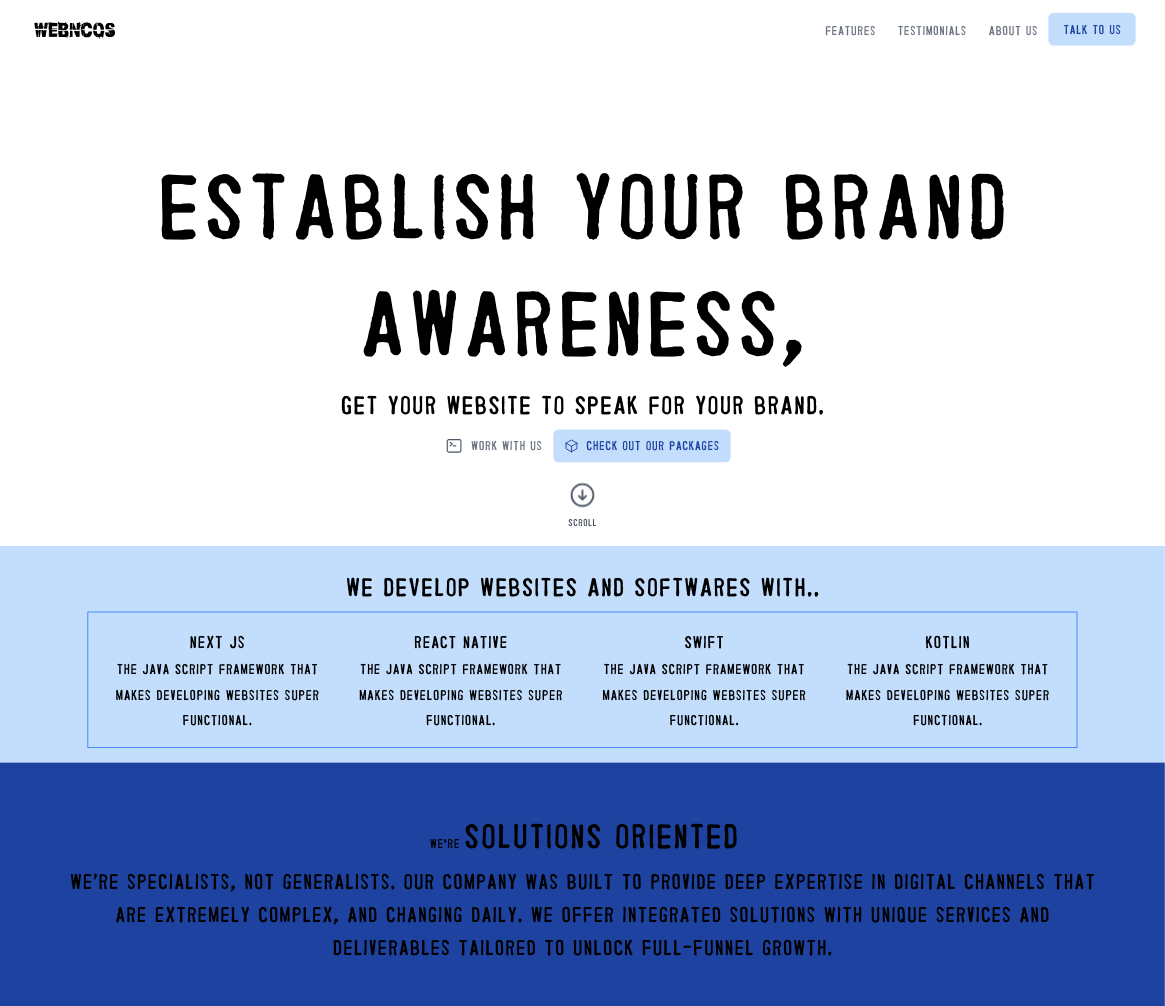
Repository: 1realjulius/webncos
Page: /
These files come from the project's save history. The page is drawn as it stood at one moment and after the next save; the edit follows.
The browser window is 1280 px wide. The pictures show the whole page, at 91% of full size.
The project was rebuilt for these pictures with package versions that can differ from the ones it lists, and the page was loaded fresh each time. The framework's server and built-in components were replaced by stand-ins that run in the browser. Also part of the build but not shown: next.config.js.

Above is the page before, as saved 2022-09-02 12:01:22.

### pages/index.tsx
import type { NextPage } from "next";
import Head from "next/head";
import ComingSoon from "../components/ComingSoon";
import MainHome from "../components/MainHome";
import NavigationBar from "../components/NavigationBar";

const Home: NextPage = () => {
  return (
    <div className="flex min-h-screen flex-col font-parcel">
      <Head>
        <title>Webncos</title>
        <meta
          name="description"
          content="Website and Software Development Agency."
        />
        <meta property="og:type" content="website" />
        <meta property="og:url" content="https://www.webncos.com/" />
        <meta
          property="og:title"
          content="Webncos — Website and Software Development Agency."
        />
        <meta
          property="og:description"
          content="Website and Software Development Agency."
        />
        {/* <meta property="og:image" content="/Assets/newmemoji.svg"/> */}
        {/* <meta property="twitter:card" content="/Assets/Julius_Eghan.jpg"/> */}
        <meta property="twitter:url" content="https://www.webncos.com/" />
        <meta
          property="twitter:title"
          content="Webncos — Website and Software Development Agency."
        />
        <meta
          property="twitter:description"
          content="Website and Software Development Agency."
        />
        {/* <meta property="twitter:image" content="/Assets/Julius_Eghan.jpg"/> */}
        <link rel="icon" href="/favicon.ico" />
        <link
          rel="apple-touch-icon"
          sizes="180x180"
          href="/apple-touch-icon.png"
        />
        <link
          rel="icon"
          type="image/png"
          sizes="32x32"
          href="/favicon-32x32.png"
        />
        <link
          rel="icon"
          type="image/png"
          sizes="16x16"
          href="/favicon-16x16.png"
        />
        <link rel="manifest" href="/site.webmanifest" />
        {/* <meta name="google-site-verification" content="0HesePHVymRqGiL70HUKPIq0Zsap0uUIb_Ci0DpImRY" /> */}
        <meta
          name="theme-color"
          content="#2563eb"
          media="(prefers-color-scheme: light)"
        />
        <meta
          name="theme-color"
          content="#2563eb"
          media="(prefers-color-scheme: dark)"
        />
      </Head>
      <NavigationBar />
      <MainHome />
    </div>
  );
};

export default Home;

### styles/globals.css
@tailwind base;
@tailwind components;
@tailwind utilities;

@layer base{
      @font-face{
        font-family: 'ApercuBold';
        src: url("/Fonts/ApercuPro-Bold.woff") format("woff"),url("/Fonts/ApercuPro-Bold.woff2") format("woff2");
      }
      @font-face{
        font-family: 'ApercuMedium';
        src: url("/Fonts/ApercuPro-Medium.woff") format("woff"),url("/Fonts/ApercuPro-Medium.woff2") format("woff2");
      }
      @font-face{
        font-family: 'circularBlack';
        src: url("/Fonts/circular-black.woff2") format("woff2");
      }
      @font-face{
        font-family: 'circularBold';
        src: url("/Fonts/circular-bold.woff2") format("woff2");
      }
      @font-face{
        font-family: 'circularBook';
        src: url("/Fonts/circular-book.woff2") format("woff2");
      }
      @font-face{
        font-family: 'circularMedium';
        src: url("/Fonts/circular-medium.woff2") format("woff2");
      }
      @font-face{
        font-family: 'parcel';
        src: url("/Fonts/parcel.woff2") format("woff2"), url("/Fonts/parcel.woff") format("woff");
      }
    }

### components/MainHome.tsx
import Link from "next/link";
import React from "react";
import Image from "next/image";
import FeatureImg from "/Assets/Julius_Eghan.jpg";
import FImg from "/Assets/Julius_Eghan.jpg";

const MainHome = () => {
  return (
    <div className="max-w-7xl">
      {/* header */}
      <div>
        <div className=" flex flex-col items-center justify-center mt-20 mb-4">
          <div className="pt-4 pb-2">
            <h1 className="text-6xl md:text-9xl text-center font-parcel px-2">
              ESTABLISH YOUR BRAND AWARENESS,
            </h1>
          </div>
          <div className="">
            <h2 className="text-2xl md:text-4xl font-parcel px-2">
              GET YOUR WEBSITE TO SPEAK FOR YOUR BRAND.
            </h2>
          </div>
          <div className="flex flex-col md:flex-row items-center">
            <div className="px-3 py-1 my-2">
              <Link href="#">
                <div className="flex flex-row items-center space-x-2">
                  <span>
                    <svg
                      xmlns="http://www.w3.org/2000/svg"
                      fill="none"
                      viewBox="0 0 24 24"
                      stroke-width="1.5"
                      stroke="currentColor"
                      className="w-5 h-5 text-gray-600"
                    >
                      <path
                        stroke-linecap="round"
                        stroke-linejoin="round"
                        d="M6.75 7.5l3 2.25-3 2.25m4.5 0h3m-9 8.25h13.5A2.25 2.25 0 0021 18V6a2.25 2.25 0 00-2.25-2.25H5.25A2.25 2.25 0 003 6v12a2.25 2.25 0 002.25 2.25z"
                      />
                    </svg>
                  </span>
                  <h3 className="text-gray-500 hover:text-gray-900 cursor-pointer text-lg">
                    Work with us
                  </h3>
                </div>
              </Link>
            </div>
            <Link href="#">
              <div className="flex flex-row items-center space-x-2 px-3 py-1 rounded-md bg-blue-200 active:bg-blue-300 my-2 cursor-pointer">
                <span>
                  <svg
                    xmlns="http://www.w3.org/2000/svg"
                    fill="none"
                    viewBox="0 0 24 24"
                    stroke-width="1.5"
                    stroke="currentColor"
                    className="w-4 h-4 text-blue-800"
                  >
                    <path
                      stroke-linecap="round"
                      stroke-linejoin="round"
                      d="M21 7.5l-9-5.25L3 7.5m18 0l-9 5.25m9-5.25v9l-9 5.25M3 7.5l9 5.25M3 7.5v9l9 5.25m0-9v9"
                    />
                  </svg>
                </span>
                <h3 className="text-blue-800 text-lg">
                  Check Out Our Packages
                </h3>
              </div>
            </Link>
          </div>
        </div>
        <div className=" flex flex-col mt-2 items-center justify-center pb-4">
          <span className="">
            <svg
              xmlns="http://www.w3.org/2000/svg"
              fill="none"
              viewBox="0 0 24 24"
              stroke-width="1.5"
              stroke="currentColor"
              className="w-8 h-8 animate-bounce text-gray-600"
            >
              <path
                stroke-linecap="round"
                stroke-linejoin="round"
                d="M9 12.75l3 3m0 0l3-3m-3 3v-7.5M21 12a9 9 0 11-18 0 9 9 0 0118 0z"
              />
            </svg>
          </span>
          <span className="text-sm text-gray-600">Scroll</span>
        </div>
      </div>
      {/* We develop brands */}
      <div className="flex flex-col bg-blue-200 p-4 px-4 md:px-24 items-center justify-center">
        <div className="py-2">
          <h1 className="text-4xl">WE DEVELOP WEBSITES AND SOFTWARES WITH..</h1>
        </div>
        <div className="p-2 flex flex-col md:flex-row border border-blue-500">
          <div className="flex flex-row">
            <div className="p-2 text-center">
              <div>
                <h1 className="text-2xl">Next Js</h1>
              </div>
              <div>
                <p className="text- base md:text-xl">
                  The Java Script Framework that makes developing websites super
                  functional.
                </p>
              </div>
            </div>
            <div className="p-2 text-center">
              <div>
                <h1 className="text-2xl">React Native</h1>
              </div>
              <div>
                <p className="text- base md:text-xl">
                  The Java Script Framework that makes developing websites super
                  functional.
                </p>
              </div>
            </div>
          </div>
          <div className=" flex flex-row">
            <div className="p-2 text-center">
              <div>
                <h1 className="text-2xl">Swift</h1>
              </div>
              <div>
                <p className="text- base md:text-xl">
                  The Java Script Framework that makes developing websites super
                  functional.
                </p>
              </div>
            </div>
            <div className="p-2 text-center">
              <div>
                <h1 className="text-2xl">Kotlin</h1>
              </div>
              <div>
                <p className="text- base md:text-xl">
                  The Java Script Framework that makes developing websites super
                  functional.
                </p>
              </div>
            </div>
          </div>
        </div>
      </div>
      {/* Fameworks Used */}
      <div className="py-12 bg-blue-800">
        <div className="flex flex-col items-center justify-center mx-4">
          <h1 className="text-5xl py-2 flex items-baseline">
            <p className="text-lg px-1">We're</p> SOLUTIONS ORIENTED
          </h1>
          <p className="text-center text-2xl md:text-3xl md:px-14">
            We’re specialists, not generalists. Our company was built to provide
            deep expertise in digital channels that are extremely complex, and
            changing daily. We offer integrated solutions with unique services
            and deliverables tailored to unlock full-funnel growth.
          </p>
        </div>
      </div>
      {/* Services We offer (Features) */}
      <div></div>
      {/* Testimonials */}
      <div></div>
      {/* FAQs */}
      <div></div>
      {/* Other Sections */}
      <div></div>
    </div>
  );
};

export default MainHome;

### components/NavigationBar.tsx
/* This example requires Tailwind CSS v2.0+ */
import { Fragment } from "react";
import { Disclosure, Menu, Transition } from "@headlessui/react";
import { BellIcon, MenuIcon, XIcon } from "@heroicons/react/outline";
import Link from "next/link";
import Image from "next/image";

function classNames(...classes: string[]) {
  return classes.filter(Boolean).join(" ");
}

export default function NavigationBar() {
  return (
    <Disclosure as="nav" className="bg-white">
      {({ open }) => (
        <>
          <div className="max-w-7xl mx-auto px-4 sm:px-6 lg:px-8">
            <div className="flex justify-between h-16">
              <div className="flex">
                <div className="flex-shrink-0 flex items-center">
                  {/* the logo */}
                  <Link href="#">
                    <Image
                      src="/Assets/webncos-logo-lg.svg"
                      width={100}
                      height={22}
                      alt="webncos logo"
                      className=""
                    />
                  </Link>
                </div>
                <div className="hidden sm:ml-6 sm:flex sm:space-x-8"></div>
              </div>
              <div className="hidden sm:ml-6 sm:flex sm:items-center">
                <a
                  href="#"
                  className="text-gray-500 text-lg hover:text-gray-900 inline-flex items-center px-3 pt-1 "
                >
                  Features
                </a>
                <a
                  href="#"
                  className=" text-gray-500 hover:text-gray-900 inline-flex items-center px-3 pt-1  text-lg"
                >
                  Testimonials
                </a>
                <a
                  href="#"
                  className=" text-gray-500 hover:text-gray-900 inline-flex items-center px-3 pt-1  text-lg"
                >
                  About Us
                </a>
                <Link href="#">
                  <div className="px-4 py-1 bg-blue-200 active:bg-blue-300 rounded-md cursor-pointer">
                    <h2 className="text-blue-800 text-lg">Talk To Us</h2>
                  </div>
                </Link>
              </div>
              <div className="-mr-2 flex items-center sm:hidden">
                {/* Mobile menu button */}
                <Disclosure.Button className="inline-flex items-center justify-center p-2 rounded-full text-gray-400 hover:text-gray-500 hover:bg-gray-100 ">
                  <span className="sr-only">Open main menu</span>
                  {open ? (
                    <XIcon className="block h-6 w-6" aria-hidden="true" />
                  ) : (
                    <MenuIcon className="block h-6 w-6" aria-hidden="true" />
                  )}
                </Disclosure.Button>
              </div>
            </div>
          </div>

          <Disclosure.Panel className="sm:hidden border-2 rounded-lg px-2 mx-2">
            <div className="flex flex-col pt-2 space-y-1 items-center">
              <a
                className="hover:bg-gray-100 w-full text-center py-2 rounded-md text-lg"
                href="#"
              >
                Features
              </a>
              <a
                className="hover:bg-gray-100 w-full text-center py-2 rounded-md text-lg"
                href="#"
              >
                Testimonials
              </a>
              <a
                className="hover:bg-gray-100 w-full text-center py-2 rounded-md text-lg"
                href="#"
              >
                About Us
              </a>
            </div>
            <div className="flex py-2 items-center justify-center">
              <Link href="#">
                <div className="px-3 py-1 bg-blue-200 active:bg-blue-300 rounded-md cursor-pointer">
                  <h2 className="text-blue-800 text-lg">Contact Us</h2>
                </div>
              </Link>
            </div>
          </Disclosure.Panel>
        </>
      )}
    </Disclosure>
  );
}

### tailwind.config.js
/** @type {import('tailwindcss').Config} */
module.exports = {
  content: [
    './pages/**/*.{js,ts,jsx,tsx}',
    './components/**/*.{js,ts,jsx,tsx}',
    "./node_modules/flowbite-react/**/*.js",
  ],
  theme: {
    extend: {
      fontFamily: {
        ApercuBold: 'ApercuBold, sans',
        ApercuMedium: 'ApercuMedium, sans',
        circularBlack: 'circularBlack, sans',
        circularBold: 'circularBold, sans',
        circularBook: 'circularBook, sans',
        circularMedium: 'circularMedium, sans',
        parcel: 'parcel, sans',
      },
    },
  },
  plugins: [
    require("flowbite/plugin")
  ],
}

Loaded but not shown: pages/_app.tsx (common file); pages/api/hello.ts (common file)

After the next save:
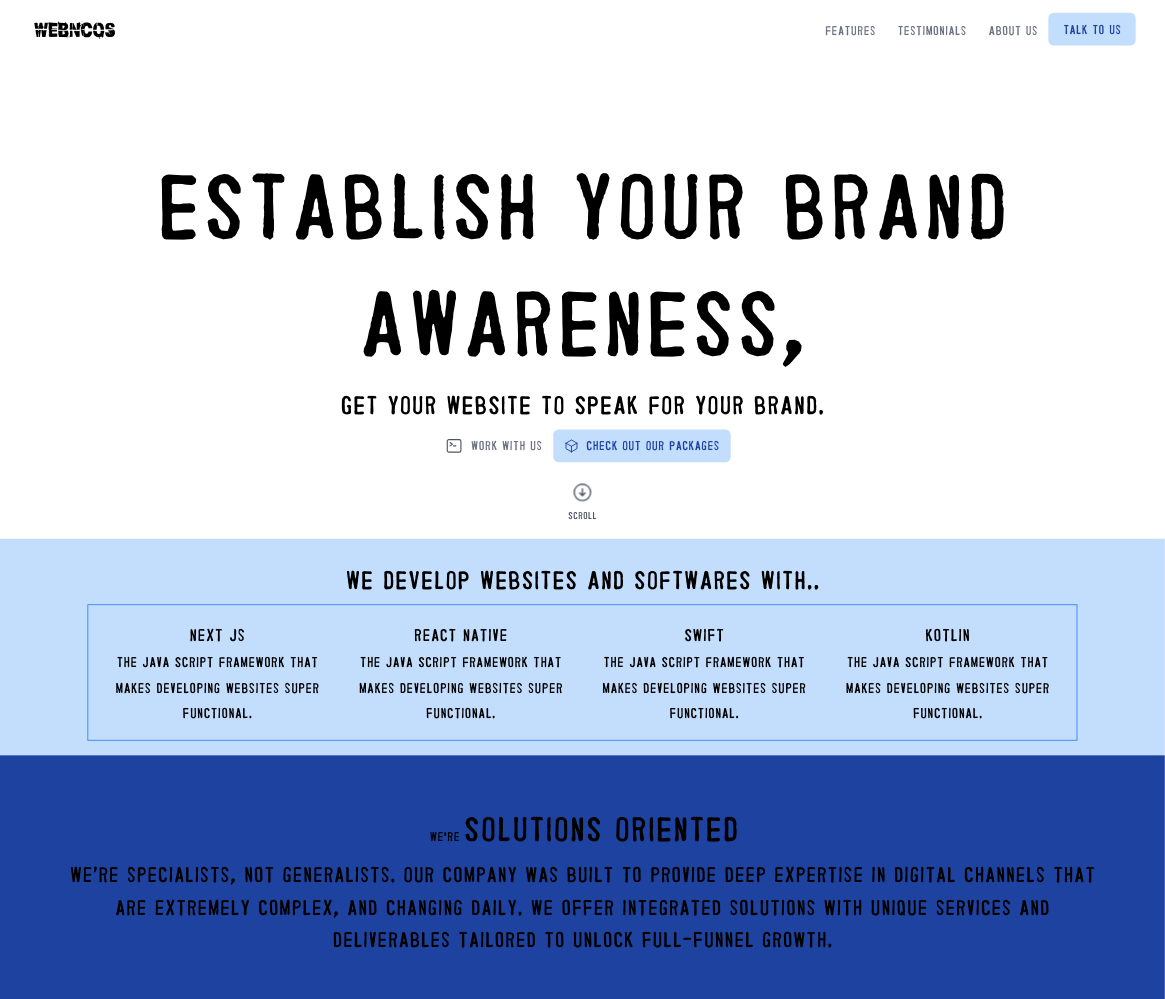
Saved 25 s later.
--- a/components/MainHome.tsx
+++ b/components/MainHome.tsx
@@ -79,7 +79,7 @@ const MainHome = () => {
               viewBox="0 0 24 24"
               stroke-width="1.5"
               stroke="currentColor"
-              className="w-8 h-8 animate-bounce text-gray-600"
+              className="w-6 h-6 animate-bounce text-gray-600"
             >
               <path
                 stroke-linecap="round"
